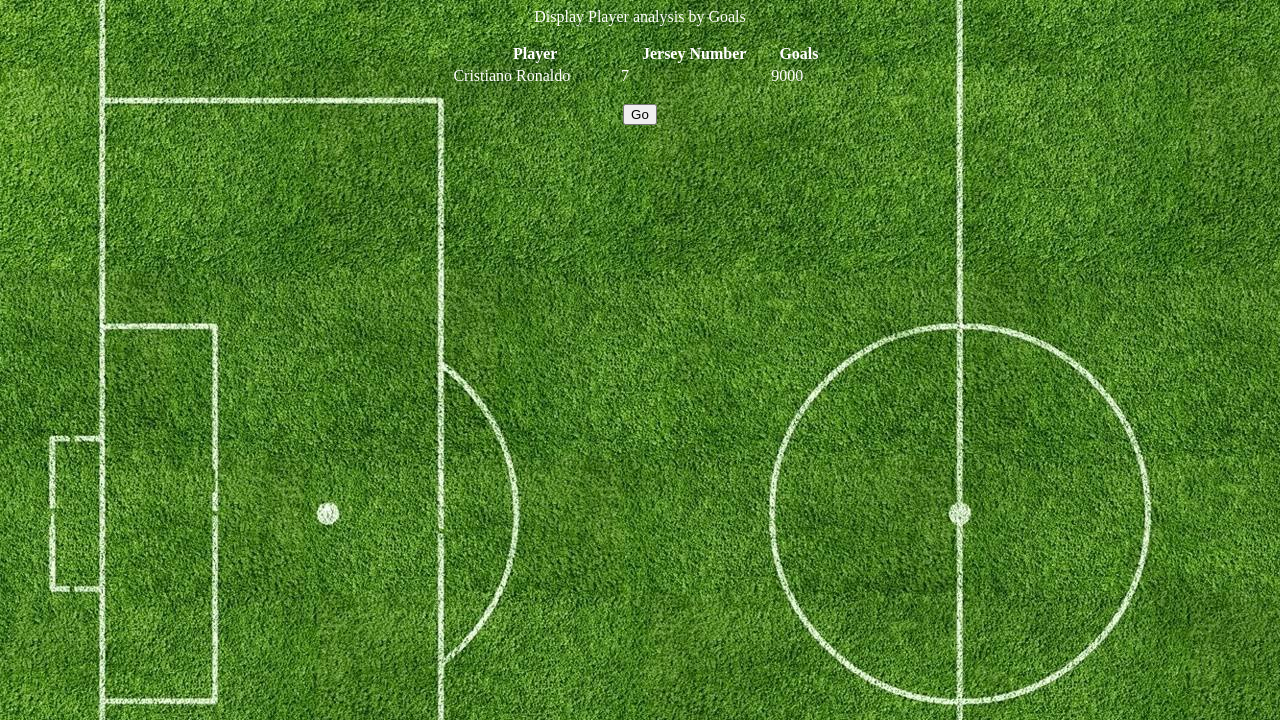
Repository: FredGlozman/SwiftScore
Page: SwiftScore/PlayerAnalysisMode.html
An editor plug-in stored every save of this project. The page is shown before and after the next save, followed by the edit.
The browser window is 1280 px wide. The pictures show the whole page.

Above is the page before, as saved 2015-12-02 18:45:48.

After the next save:
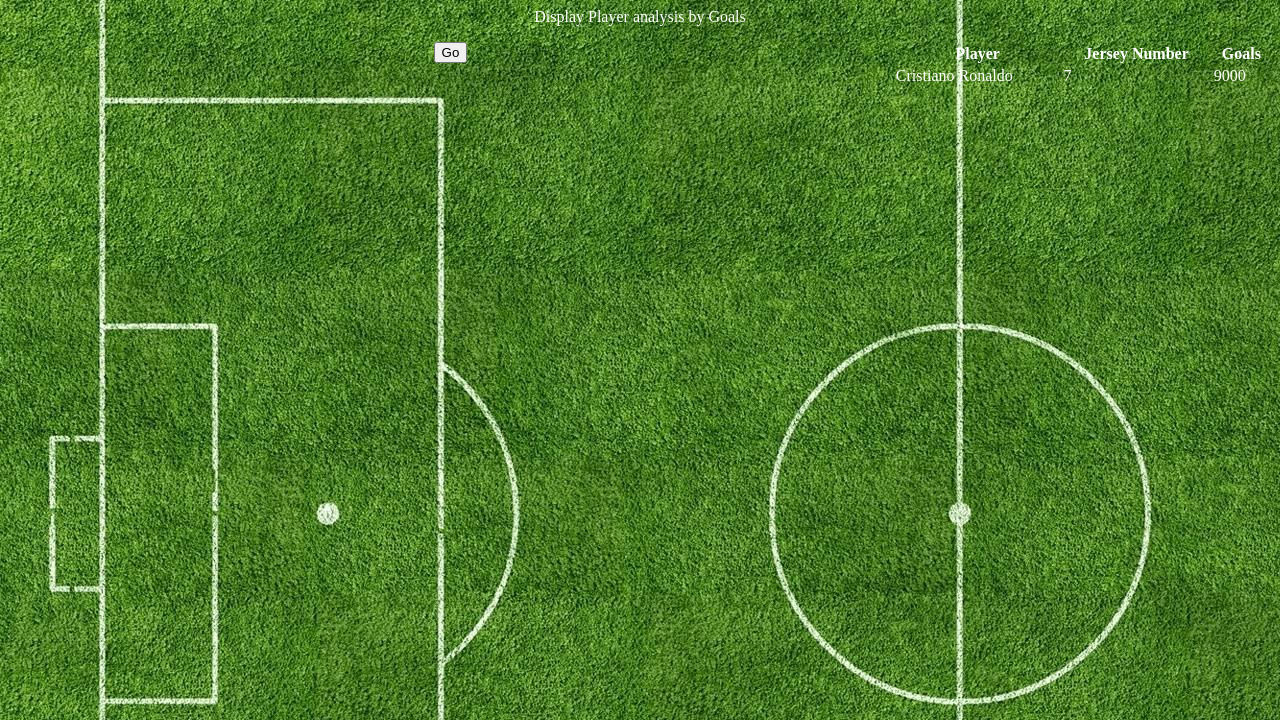
Saved 42 s later.
--- a/SwiftScore/PlayerAnalysisMode.html
+++ b/SwiftScore/PlayerAnalysisMode.html
@@ -13,7 +13,7 @@
 				<font>Display Player analysis by Goals</font>
 			</p>
 			<p>
-	<table style="width:30%" align="center">
+	<table style="width:30%" align="right">
  		<tr>
     		<font><th>Player</th>
     		<th>Jersey Number</th>

After the save that followed:
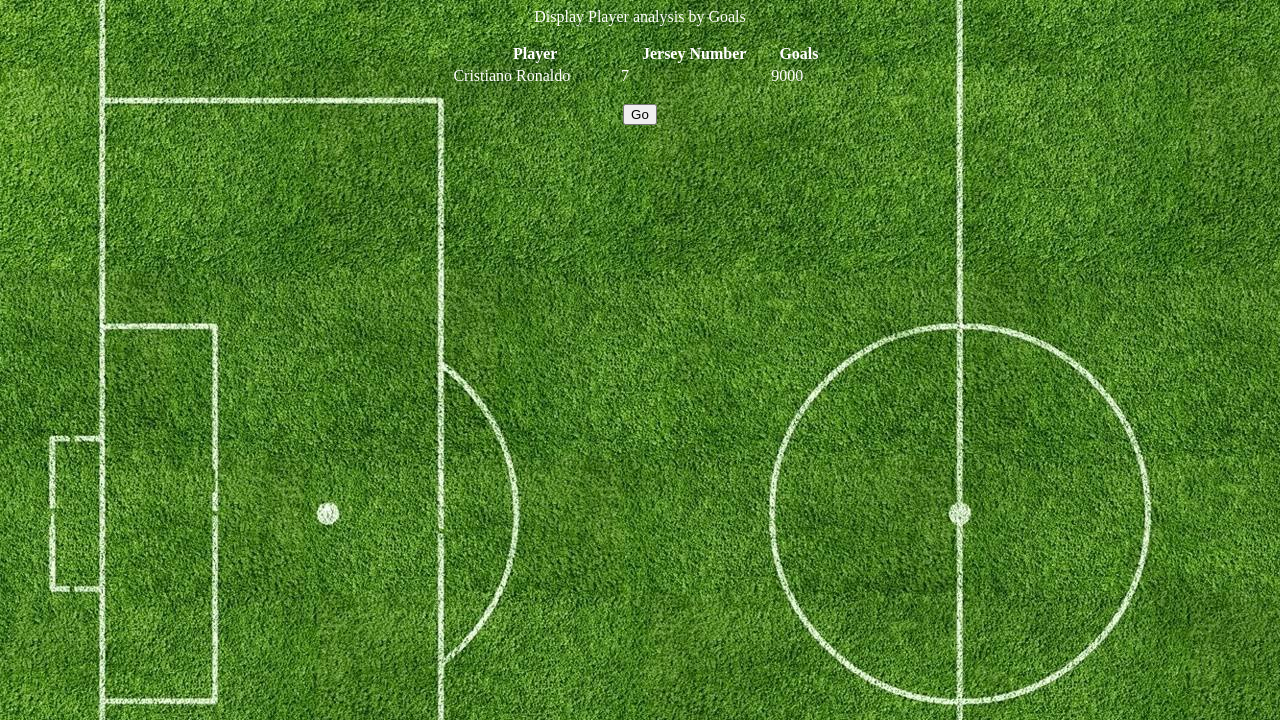
Saved 11 s later.
--- a/SwiftScore/PlayerAnalysisMode.html
+++ b/SwiftScore/PlayerAnalysisMode.html
@@ -13,7 +13,7 @@
 				<font>Display Player analysis by Goals</font>
 			</p>
 			<p>
-	<table style="width:30%" align="right">
+	<table style="width:30%" align="center">
  		<tr>
     		<font><th>Player</th>
     		<th>Jersey Number</th>
